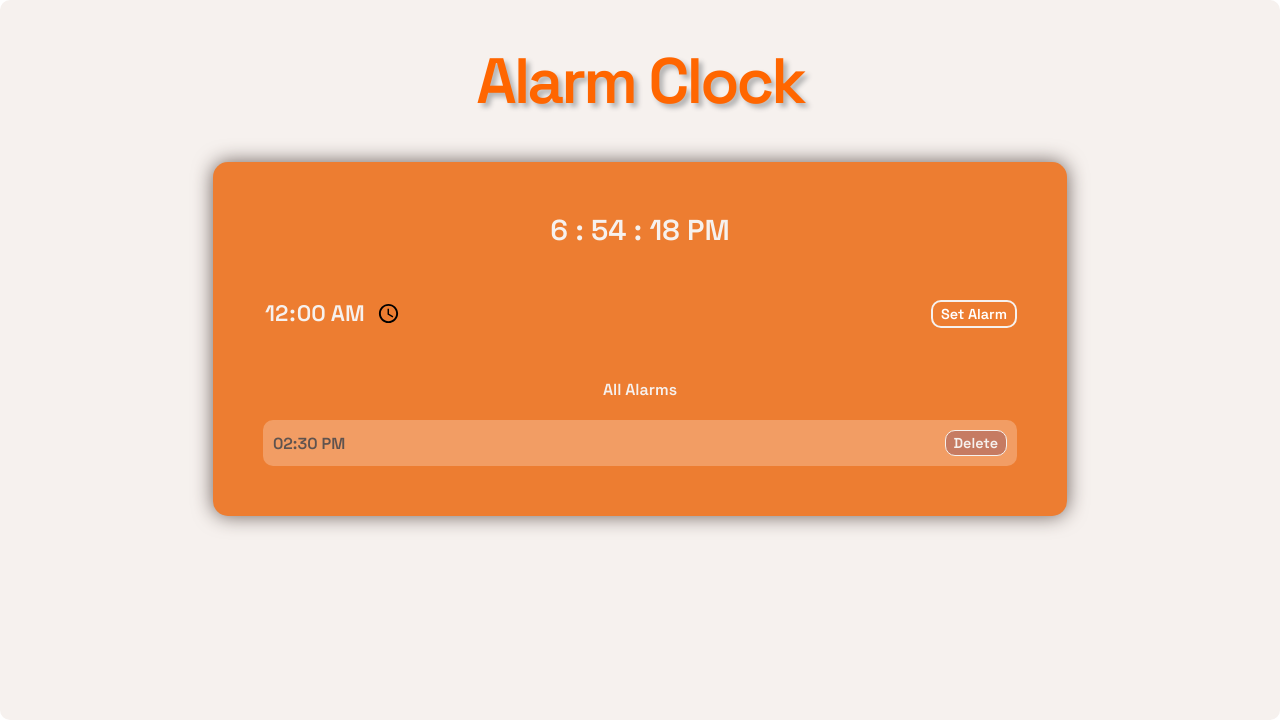
Repository: Pragya016/Alarm-Clock
Page: Index.html
An editor plug-in stored every save of this project. The page is shown before and after the next save, followed by the edit.
The browser window is 1280 px wide. The pictures show the whole page.

Above is the page before, as saved 2024-01-19 22:29:38.

After the next save:
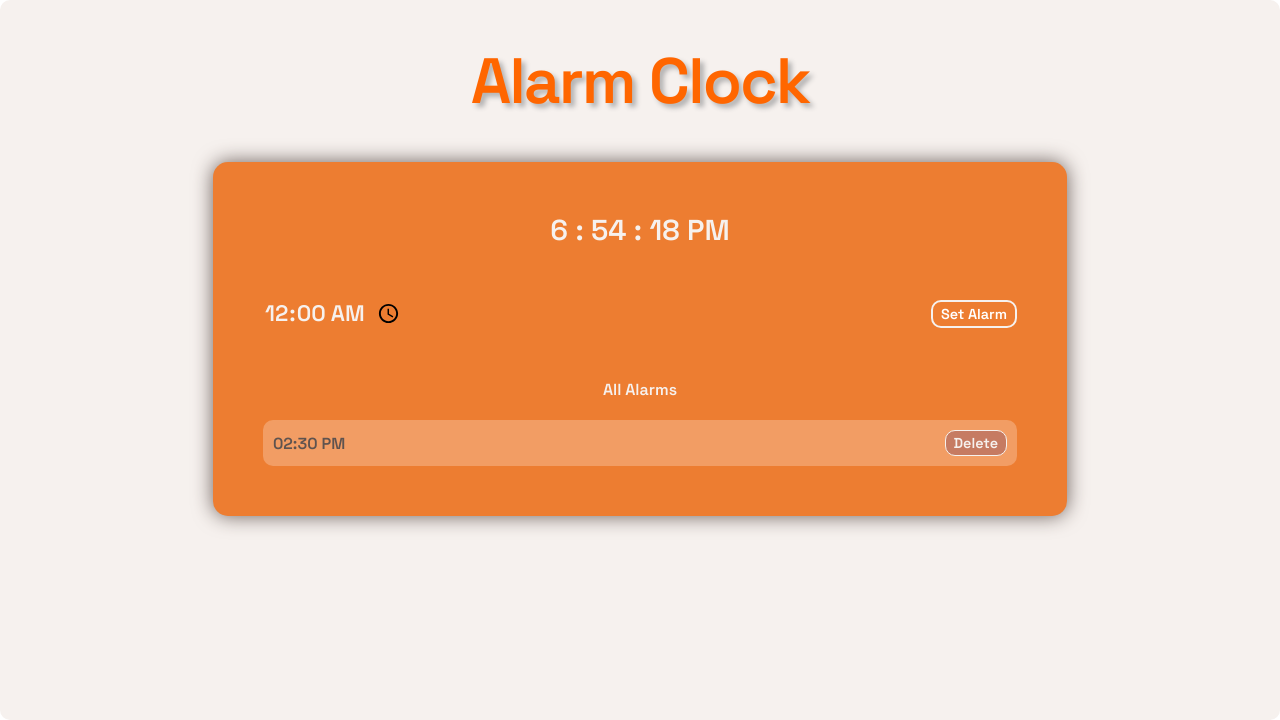
Saved 5 s later.
--- a/styles.css
+++ b/styles.css
@@ -38,7 +38,7 @@ font-family: 'Space Grotesk', sans-serif;
     margin-top: 10px;
     font: 900;
     font-size: 4rem;
-    letter-spacing: -3px;
+    letter-spacing: -2px;
     overflow: hidden;
     text-shadow: 4px 4px 5px rgb(179, 178, 178);
 }
